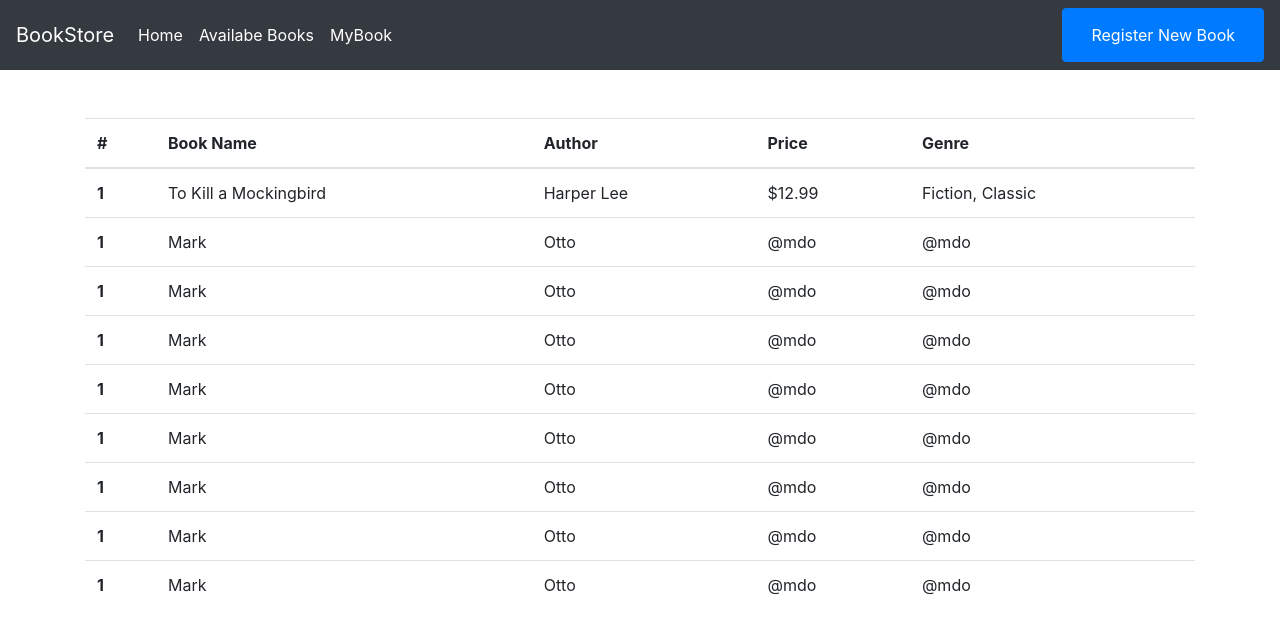
Repository: Sumanta-Sahoo/BookStoreApp
Page: bookstore/src/main/resources/static/availabeBooks.html
An editor plug-in stored every save of this project. The page is shown before and after the next save, followed by the edit.
The browser window is 1280 px wide. The pictures show the whole page.

Above is the page before, as saved 2024-03-15 12:39:34.

### bookstore/src/main/resources/static/availabeBooks.html
<!doctype html>
<html lang="en">

<head>
	<!-- Required meta tags -->
	<meta charset="utf-8">
	<meta name="viewport" content="width=device-width, initial-scale=1, shrink-to-fit=no">

	<!-- Bootstrap CSS -->
	<link rel="stylesheet" href="https://cdn.jsdelivr.net/npm/bootstrap@4.4.1/dist/css/bootstrap.min.css"
		integrity="sha384-Vkoo8x4CGsO3+Hhxv8T/Q5PaXtkKtu6ug5TOeNV6gBiFeWPGFN9MuhOf23Q9Ifjh" crossorigin="anonymous">

	<title>BookStore</title>
</head>

<body>
	<nav class="navbar navbar-expand-lg navbar-light bg-dark">
		<a class="navbar-brand text-white" href="#">BookStore</a>
		<button class="navbar-toggler" type="button" data-toggle="collapse" data-target="#navbarSupportedContent"
			aria-controls="navbarSupportedContent" aria-expanded="false" aria-label="Toggle navigation">
			<span class="navbar-toggler-icon"></span>
		</button>

		<div class="collapse navbar-collapse" id="navbarSupportedContent">
			<ul class="navbar-nav mr-auto">
				<li class="nav-item active">
					<a class="nav-link text-white" href="#">Home<span class="sr-only">(current)</span></a>
				</li>
				<li class="nav-item">
					<a class="nav-link text-white" href="availabe_books">Availabe Books</a>
				</li>
				<li class="nav-item">
					<a class="nav-link text-white" href="my_books">MyBook</a>
				</li>
			</ul>
			<div>
				<button type="button" class="btn btn-primary"><a class="nav-link text-white"
						href="bookRegister">Register New Book</a></button>
			</div>

		</div>
	</nav>


	<div class="container my-5">
		<table class="table table-white table-hover">
			<thead>
				<tr>
					<th scope="col">#</th>
					<th scope="col">Book Name</th>
					<th scope="col">Author</th>
					<th scope="col">Price</th>
					<th scope="col">Genre</th>
				</tr>
			</thead>
			<tbody class="table-group-divider">
				<tr>
					<th scope="row">1</th>
					<td>To Kill a Mockingbird</td>
					<td>Harper Lee</td>
					<td>$12.99</td>
					<td>Fiction, Classic</td>
				</tr>
				<tr>
					<th scope="row">1</th>
					<td>Mark</td>
					<td>Otto</td>
					<td>@mdo</td>
					<td>@mdo</td>
				</tr>
				<tr>
					<th scope="row">1</th>
					<td>Mark</td>
					<td>Otto</td>
					<td>@mdo</td>
					<td>@mdo</td>
				</tr>
				<tr>
					<th scope="row">1</th>
					<td>Mark</td>
					<td>Otto</td>
					<td>@mdo</td>
					<td>@mdo</td>
				</tr>
				<tr>
					<th scope="row">1</th>
					<td>Mark</td>
					<td>Otto</td>
					<td>@mdo</td>
					<td>@mdo</td>
				</tr>
				<tr>
					<th scope="row">1</th>
					<td>Mark</td>
					<td>Otto</td>
					<td>@mdo</td>
					<td>@mdo</td>
				</tr>
				<tr>
					<th scope="row">1</th>
					<td>Mark</td>
					<td>Otto</td>
					<td>@mdo</td>
					<td>@mdo</td>
				</tr>
				<tr>
					<th scope="row">1</th>
					<td>Mark</td>
					<td>Otto</td>
					<td>@mdo</td>
					<td>@mdo</td>
				</tr>
				<tr>
					<th scope="row">1</th>
					<td>Mark</td>
					<td>Otto</td>
					<td>@mdo</td>
					<td>@mdo</td>
				</tr>

			</tbody>
		</table>
	</div>

	<!-- Optional JavaScript -->
	<!-- jQuery first, then Popper.js, then Bootstrap JS -->
	<script src="https://code.jquery.com/jquery-3.4.1.slim.min.js"
		integrity="sha384-J6qa4849blE2+poT4WnyKhv5vZF5SrPo0iEjwBvKU7imGFAV0wwj1yYfoRSJoZ+n"
		crossorigin="anonymous"></script>
	<script src="https://cdn.jsdelivr.net/npm/popper.js@1.16.0/dist/umd/popper.min.js"
		integrity="sha384-Q6E9RHvbIyZFJoft+2mJbHaEWldlvI9IOYy5n3zV9zzTtmI3UksdQRVvoxMfooAo"
		crossorigin="anonymous"></script>
	<script src="https://cdn.jsdelivr.net/npm/bootstrap@4.4.1/dist/js/bootstrap.min.js"
		integrity="sha384-wfSDF2E50Y2D1uUdj0O3uMBJnjuUD4Ih7YwaYd1iqfktj0Uod8GCExl3Og8ifwB6"
		crossorigin="anonymous"></script>
</body>

</html>

After the next save:
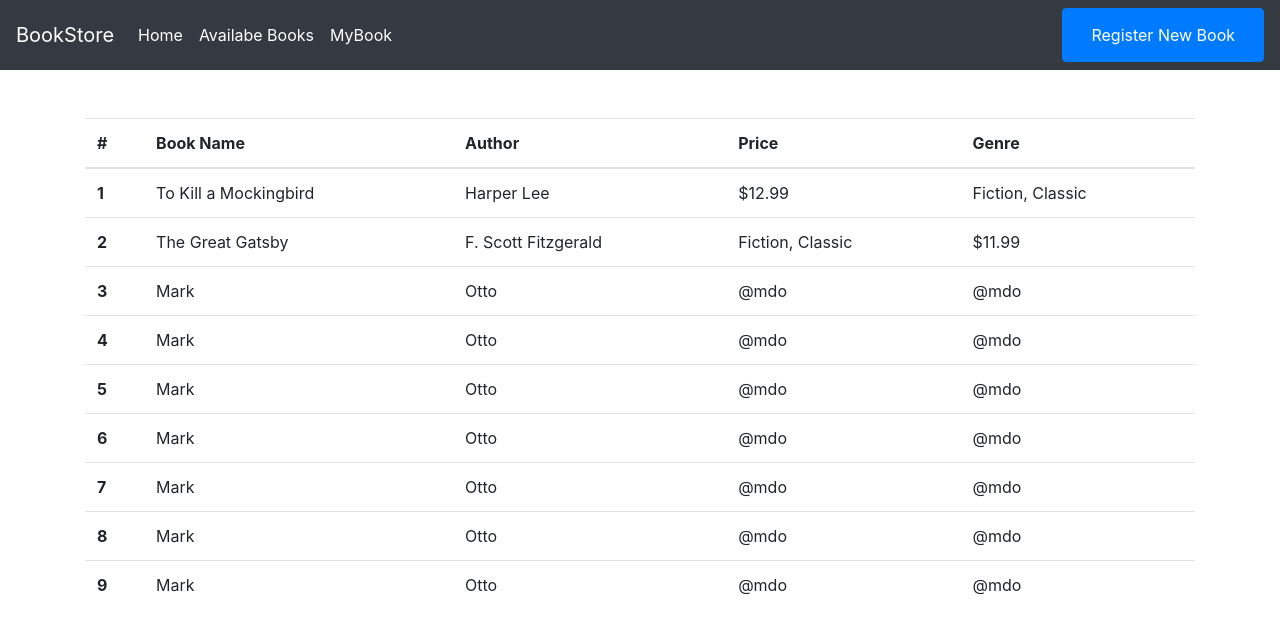
Saved 60 s later.
--- a/bookstore/src/main/resources/static/availabeBooks.html
+++ b/bookstore/src/main/resources/static/availabeBooks.html
@@ -62,56 +62,56 @@
 					<td>Fiction, Classic</td>
 				</tr>
 				<tr>
-					<th scope="row">1</th>
+					<th scope="row">2</th>
+					<td>The Great Gatsby</td>
+					<td>F. Scott Fitzgerald</td>
+					<td> Fiction, Classic</td>
+					<td>$11.99</td>
+				</tr>
+				<tr>
+					<th scope="row">3</th>
 					<td>Mark</td>
 					<td>Otto</td>
 					<td>@mdo</td>
 					<td>@mdo</td>
 				</tr>
 				<tr>
-					<th scope="row">1</th>
+					<th scope="row">4</th>
 					<td>Mark</td>
 					<td>Otto</td>
 					<td>@mdo</td>
 					<td>@mdo</td>
 				</tr>
 				<tr>
-					<th scope="row">1</th>
+					<th scope="row">5</th>
 					<td>Mark</td>
 					<td>Otto</td>
 					<td>@mdo</td>
 					<td>@mdo</td>
 				</tr>
 				<tr>
-					<th scope="row">1</th>
+					<th scope="row">6</th>
 					<td>Mark</td>
 					<td>Otto</td>
 					<td>@mdo</td>
 					<td>@mdo</td>
 				</tr>
 				<tr>
-					<th scope="row">1</th>
+					<th scope="row">7</th>
 					<td>Mark</td>
 					<td>Otto</td>
 					<td>@mdo</td>
 					<td>@mdo</td>
 				</tr>
 				<tr>
-					<th scope="row">1</th>
+					<th scope="row">8</th>
 					<td>Mark</td>
 					<td>Otto</td>
 					<td>@mdo</td>
 					<td>@mdo</td>
 				</tr>
 				<tr>
-					<th scope="row">1</th>
-					<td>Mark</td>
-					<td>Otto</td>
-					<td>@mdo</td>
-					<td>@mdo</td>
-				</tr>
-				<tr>
-					<th scope="row">1</th>
+					<th scope="row">9</th>
 					<td>Mark</td>
 					<td>Otto</td>
 					<td>@mdo</td>
